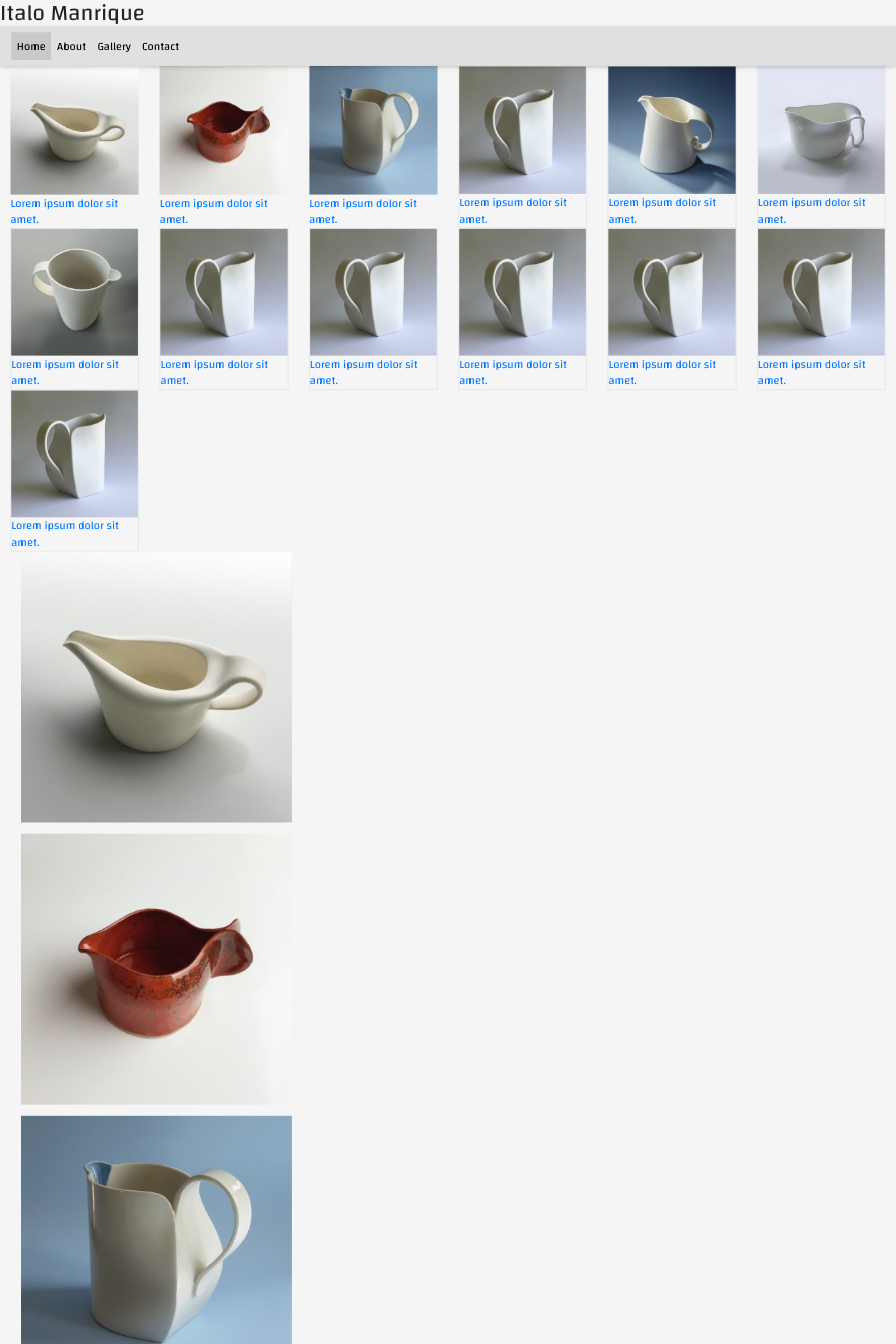
Repository: ManrOsca/ceramics
Page: MDB/gallery.html
The author's editor kept a record of every edit. The page is drawn from the files as they stood at one moment, then again after the next edit.
The browser window is 1280 px wide. The pictures show the part of the page from y = 0 to 1920 px (the page is 6023 px tall), at 70% of full size.

Above is the page before.

After the next edit:
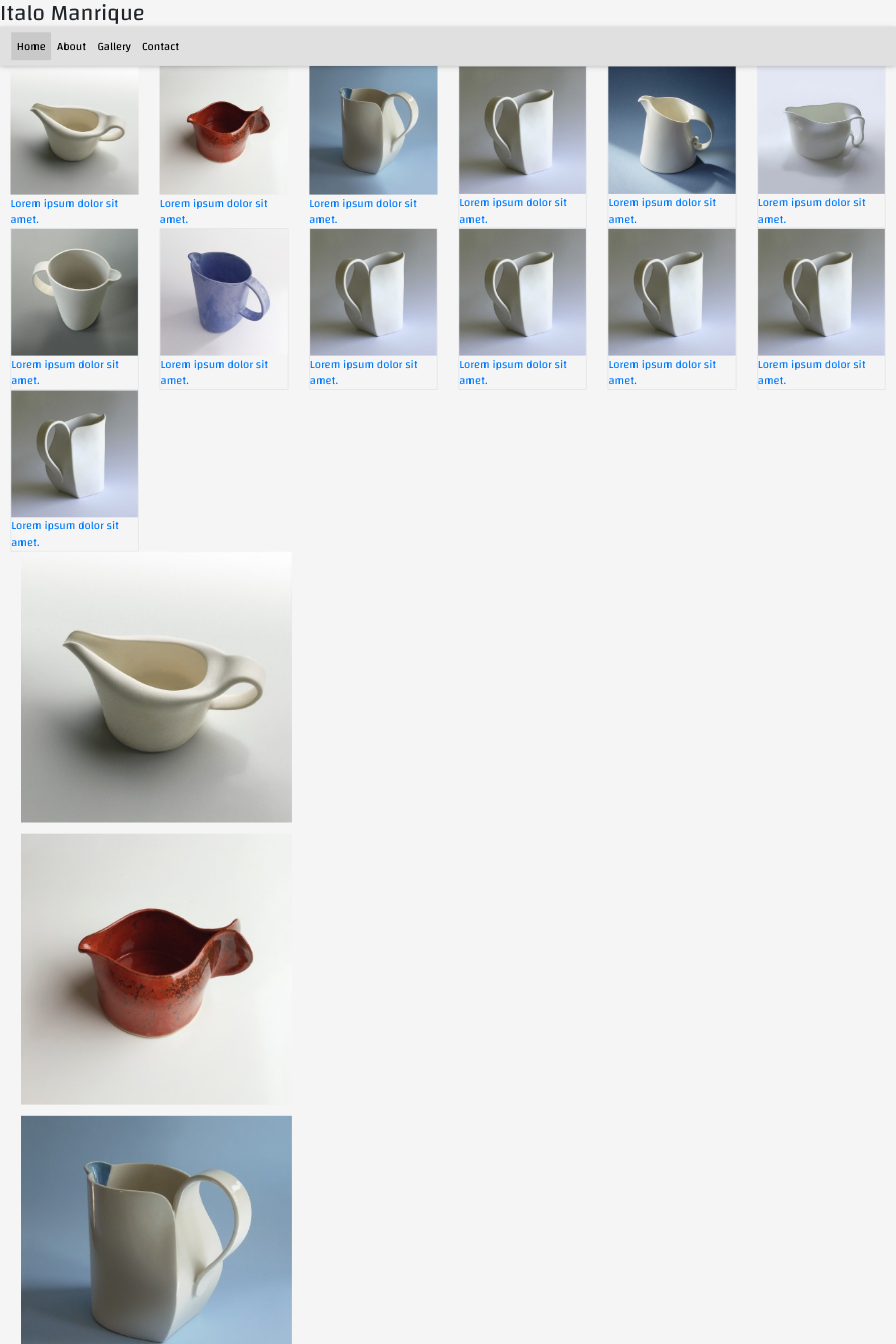
The edit:
--- a/MDB/gallery.html
+++ b/MDB/gallery.html
@@ -133,8 +133,8 @@
 
                 <div class="col-lg-2 col-sm-4">
                   <div class="img-thumbnail">
-                      <a href="img/jug-2.jpg">
-                     <img src="img/jug-2-thumb.jpg" alt="jug-6" class="img-responsive">
+                      <a href="img/jug-6.jpg">
+                     <img src="img/jug-6-thumb.jpg" alt="jug-6" class="img-responsive">
                      <div class="caption">Lorem ipsum dolor sit amet.</div>
                      </a>
                   </div>
